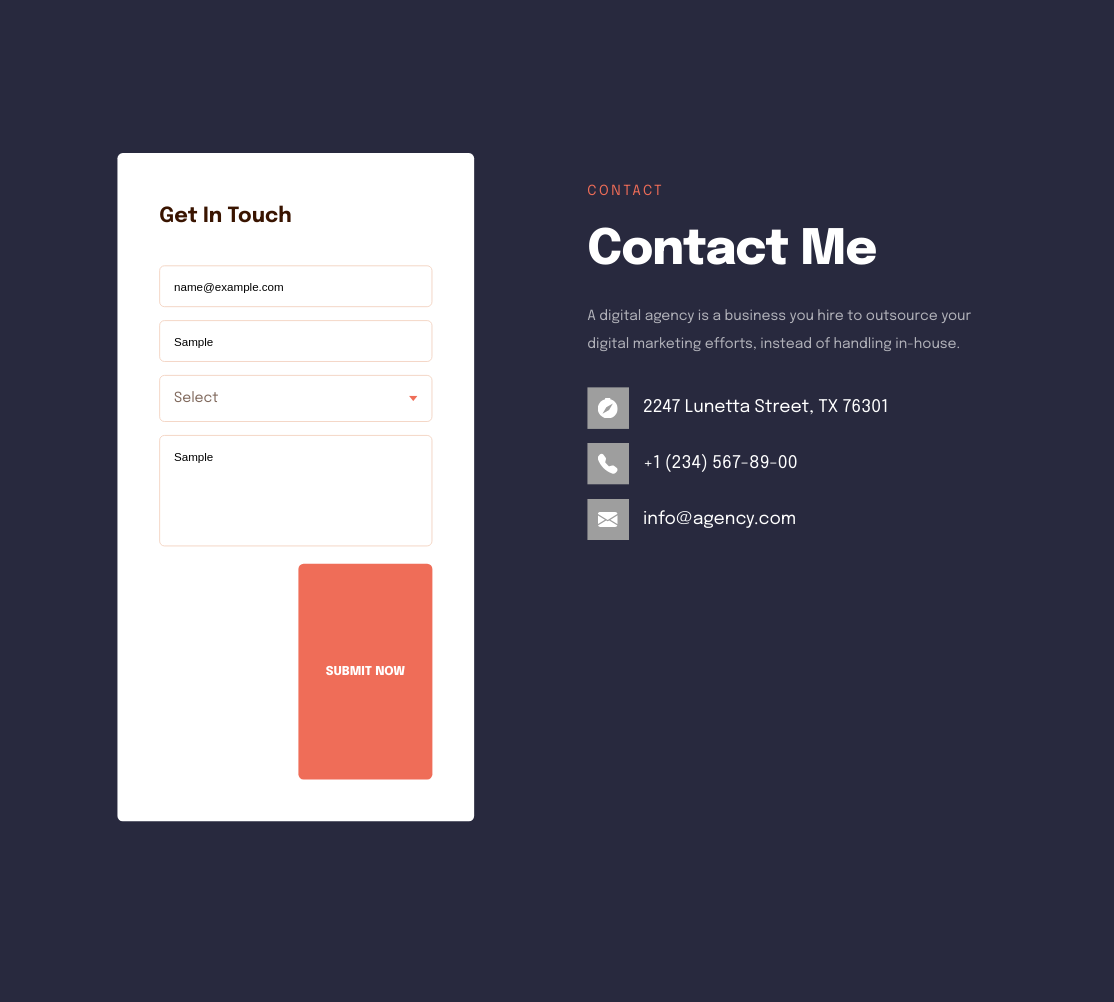
Repository: NatiqSamiyev/form-task-2
Page: index.html
An editor plug-in stored every save of this project. The page is shown before and after the next save, followed by the edit.
The browser window is 1280 px wide. The pictures show the whole page, at 87% of full size.
Empty fields were first filled with sample values (such as "Sample", 5 or name@example.com).
After loading, the first visible `button` was clicked once.
Pictures or frames that could not be fetched are drawn as grey boxes. Some web fonts or font styles are not loaded; a fallback is used.

Above is the page before, as saved 2023-10-26 11:52:27.

After the next save:
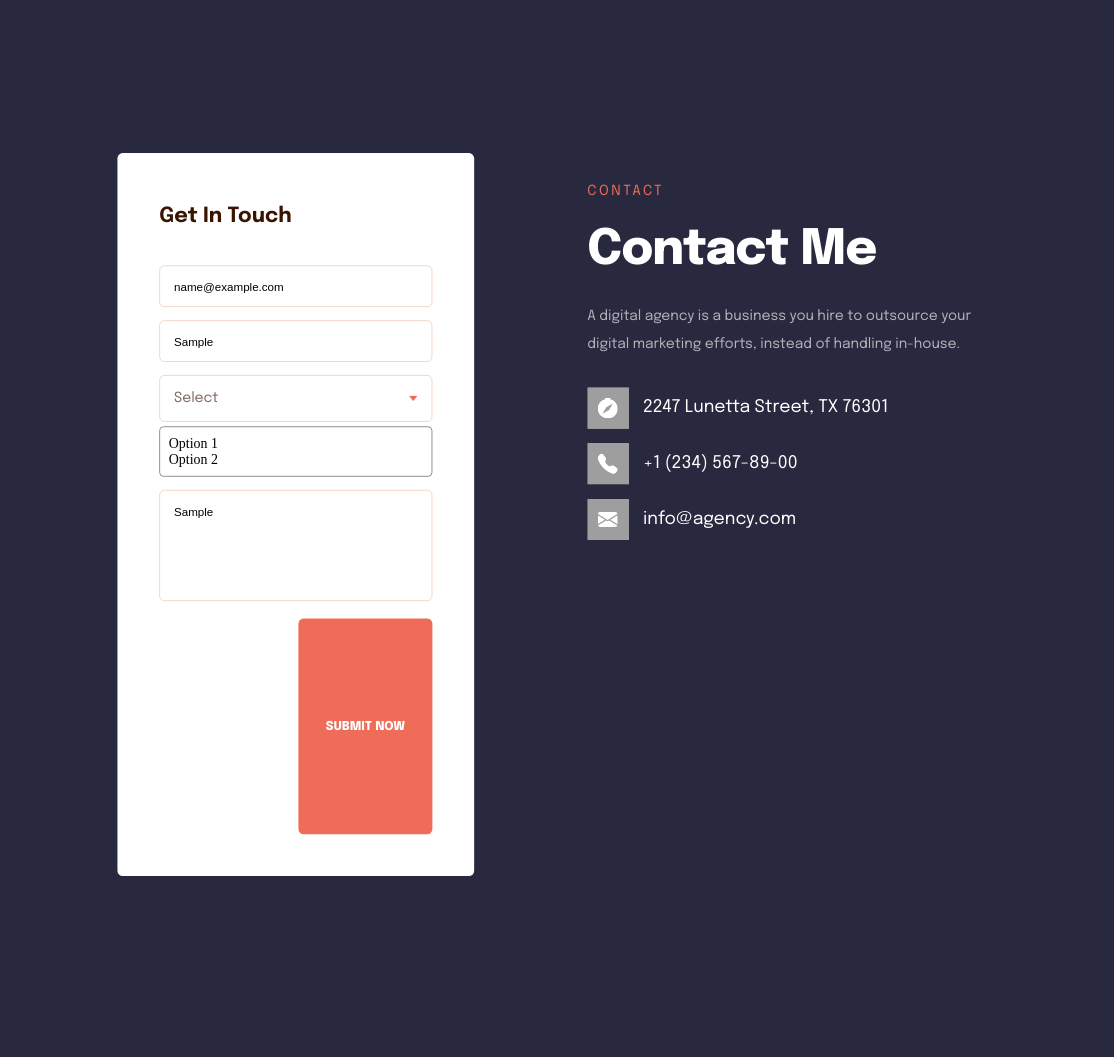
Saved 12 s later.
--- a/index.js
+++ b/index.js
@@ -19,5 +19,5 @@
 // select action
 selectBtn.addEventListener('click',showOption)
 function showOption() {
-  optionBox.sty
+  optionBox.style.display= 'block'
 }

After the 3 saves that followed:
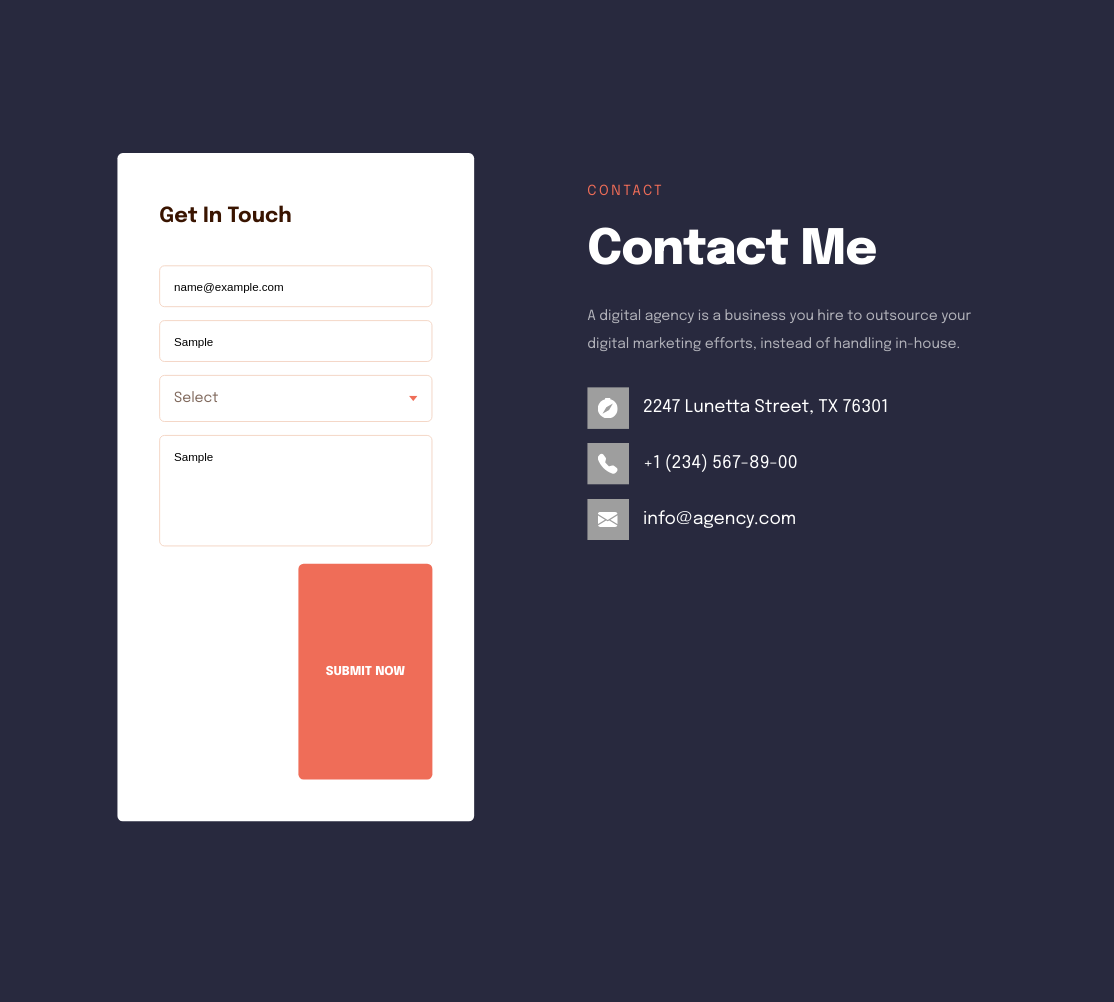
The 3 saves are shown as one change because 2 left the picture as it was.
The last was saved 82 s later.
--- a/index.css
+++ b/index.css
@@ -194,3 +194,6 @@ ul li:last-child {
   margin-top: 5px;
   display: none;
 }
+.active{
+  display: block;
+}
--- a/index.js
+++ b/index.js
@@ -19,5 +19,5 @@
 // select action
 selectBtn.addEventListener('click',showOption)
 function showOption() {
-  optionBox.style.display= 'block'
+  // optionBox.style.display= 'block'
 }
